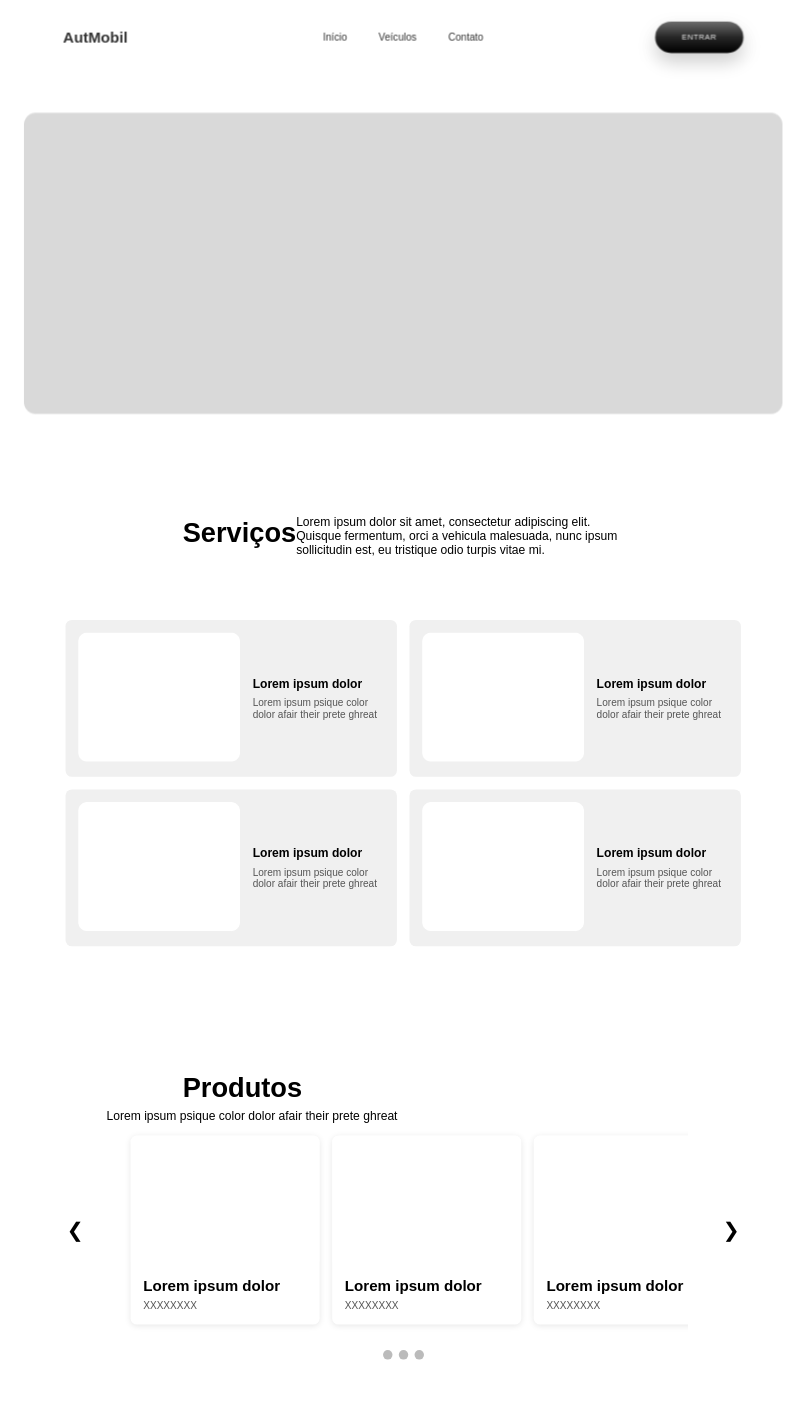
Repository: Matheus904-12/Reforma
Page: index.html
These files come from the project's save history. The page is drawn as it stood at one moment and after a run of saves; the edit follows.
The browser window is 1280 px wide. The pictures show the whole page, at 63% of full size.

Above is the page before, as saved 2024-08-01 19:33:51.

### index.html
<!DOCTYPE html>
<html lang="en">
<head>
    <meta charset="UTF-8">
    <meta name="viewport" content="width=device-width, initial-scale=1.0">
    <title>Automobil - Venda de Veículos</title>
    <link rel="stylesheet" href="styles.css">
</head>
<body>
    <header>
        <div class="navbar">
            <div class="logo">AutMobil</div>
            <nav class="nav-links">
                <a href="#home">Início</a>
                <a href="#veiculos">Veículos</a>
                <a href="#contato">Contato</a>
            </nav>
            <button class="btn">
                <span class="btn-text-one">Entrar</span>
                <span class="btn-text-two">Vamos Lá!</span>
            </button>
        </div>
    </header>
    <section class="hero">
        <img src="imagens/Rectangle 1.png" alt="Imagem de Veículos" class="hero-image">
    </section>
    <section class="servicos">
        <div class="servicos-header">
            <h2>Serviços</h2>
            <p class="description">Lorem ipsum dolor sit amet, consectetur adipiscing elit. Quisque fermentum, orci a vehicula malesuada, nunc ipsum sollicitudin est, eu tristique odio turpis vitae mi.</p>
        </div>
        <div class="cards-container">
            <div class="card">
                <div class="card-image"><img src="imagens/Rectangle 9.png" alt="Serviço 1"></div>
                <div class="card-content">
                    <h3>Lorem ipsum dolor</h3>
                    <p>Lorem ipsum psique color dolor afair their prete ghreat</p>
                </div>
            </div>
            <div class="card">
                <div class="card-image"><img src="imagens/Rectangle 9.png" alt="Serviço 2"></div>
                <div class="card-content">
                    <h3>Lorem ipsum dolor</h3>
                    <p>Lorem ipsum psique color dolor afair their prete ghreat</p>
                </div>
            </div>
            <div class="card">
                <div class="card-image"><img src="imagens/Rectangle 9.png" alt="Serviço 3"></div>
                <div class="card-content">
                    <h3>Lorem ipsum dolor</h3>
                    <p>Lorem ipsum psique color dolor afair their prete ghreat</p>
                </div>
            </div>
            <div class="card">
                <div class="card-image"><img src="imagens/Rectangle 9.png" alt="Serviço 4"></div>
                <div class="card-content">
                    <h3>Lorem ipsum dolor</h3>
                    <p>Lorem ipsum psique color dolor afair their prete ghreat</p>
                </div>
            </div>
        </div>
    </section>
    <section class="servicos">
        <div class="p-header">
            <h2>Produtos</h2>
            <p class="description2">Lorem ipsum psique color dolor afair their prete ghreat</p>
        </div>
        <div class="carrossel-container">
            <button class="carrossel-btn left-btn">&#10094;</button>
            <div class="carrossel">
                <div class="produto-card">
                    <div class="produto-image">
                        <img src="imagens/Rectangle 9.png" alt="Produto 1">
                    </div>
                    <div class="produto-content">
                        <h3>Lorem ipsum dolor</h3>
                        <p>XXXXXXXX</p>
                    </div>
                </div>
                <div class="produto-card">
                    <div class="produto-image">
                        <img src="imagens/Rectangle 9.png" alt="Produto 2">
                    </div>
                    <div class="produto-content">
                        <h3>Lorem ipsum dolor</h3>
                        <p>XXXXXXXX</p>
                    </div>
                </div>
                <div class="produto-card">
                    <div class="produto-image">
                        <img src="imagens/Rectangle 9.png" alt="Produto 3">
                    </div>
                    <div class="produto-content">
                        <h3>Lorem ipsum dolor</h3>
                        <p>XXXXXXXX</p>
                    </div>
                </div>
                <div class="produto-card">
                    <div class="produto-image">
                        <img src="imagens/Rectangle 9.png" alt="Produto 1">
                    </div>
                    <div class="produto-content">
                        <h3>Lorem ipsum dolor</h3>
                        <p>XXXXXXXX</p>
                    </div>
                </div>
                <div class="produto-card">
                    <div class="produto-image">
                        <img src="imagens/Rectangle 9.png" alt="Produto 2">
                    </div>
                    <div class="produto-content">
                        <h3>Lorem ipsum dolor</h3>
                        <p>XXXXXXXX</p>
                    </div>
                </div>
                <div class="produto-card">
                    <div class="produto-image">
                        <img src="imagens/Rectangle 9.png" alt="Produto 3">
                    </div>
                    <div class="produto-content">
                        <h3>Lorem ipsum dolor</h3>
                        <p>XXXXXXXX</p>
                    </div>
                </div>
                <div class="produto-card">
                    <div class="produto-image">
                        <img src="imagens/Rectangle 9.png" alt="Produto 1">
                    </div>
                    <div class="produto-content">
                        <h3>Lorem ipsum dolor</h3>
                        <p>XXXXXXXX</p>
                    </div>
                </div>
                <div class="produto-card">
                    <div class="produto-image">
                        <img src="imagens/Rectangle 9.png" alt="Produto 2">
                    </div>
                    <div class="produto-content">
                        <h3>Lorem ipsum dolor</h3>
                        <p>XXXXXXXX</p>
                    </div>
                </div>
                <div class="produto-card">
                    <div class="produto-image">
                        <img src="imagens/Rectangle 9.png" alt="Produto 3">
                    </div>
                    <div class="produto-content">
                        <h3>Lorem ipsum dolor</h3>
                        <p>XXXXXXXX</p>
                    </div>
                </div>
            </div>
            <button class="carrossel-btn right-btn">&#10095;</button>
        </div>
        <div class="indicator">
            <span class="dot"></span>
            <span class="dot"></span>
            <span class="dot"></span>
        </div>
    </section>
</body>
</html>

### styles.css
body {
    margin: 0;
    font-family: Arial, sans-serif;
}

header {
    position: relative;
    width: 100%;
}

.navbar {
    display: flex;
    justify-content: center;
    align-items: center;
    padding: 20px 50px;
    background: rgba(255, 255, 255, 0.5);
    border-radius: 25px;
    backdrop-filter: blur(10px);
    transition: all 0.3s ease-in-out;
    margin: 20px 50px;
    position: relative;
}

.navbar.scrolled {
    background: rgba(255, 255, 255, 0.8);
    backdrop-filter: blur(15px);
}

.logo {
    position: absolute;
    left: 50px;
    font-size: 1.5em;
    color: #333;
    font-weight: bold;
}

.nav-links {
    list-style: none;
    display: flex;
    gap: 20px;
}

.nav-links a {
    text-decoration: none;
    color: #333;
    padding: 10px 15px;
    border-radius: 15px;
    transition: background 0.3s, color 0.3s;
}

.nav-links a:hover {
    background: #333;
    color: #fff;
}

.btn {
    width: 140px;
    height: 50px;
    background: linear-gradient(to top, #000000, #272727, #6d6d6d);
    color: #fff;
    border-radius: 50px;
    border: none;
    outline: none;
    cursor: pointer;
    position: relative;
    box-shadow: 0 15px 30px rgba(0, 0, 0, 0.2);
    overflow: hidden;
    position: absolute;
    right: 50px;
    text-decoration: none; /* Para remover o sublinhado do link */
    display: flex;
    justify-content: center;
    align-items: center;
}

.btn span {
    font-size: 12px;
    text-transform: uppercase;
    letter-spacing: 1px;
    transition: top 0.5s;
}

.btn-text-one {
    position: absolute;
    width: 100%;
    top: 50%;
    left: 0;
    transform: translateY(-50%);
}

.btn-text-two {
    position: absolute;
    width: 100%;
    top: 150%;
    left: 0;
    transform: translateY(-50%);
}

.btn:hover .btn-text-one {
    top: -100%;
}

.btn:hover .btn-text-two {
    top: 50%;
}

.btn:active {
    transform: translateY(1px); /* Efeito de afundar ao clicar */
}

.hero {
    position: relative;
    width: 100%;
    height: 600px; /* Ajuste a altura conforme necessário */
    overflow: hidden;
    display: flex;
    justify-content: center;
    align-items: center;
}

.hero-image {
    width: 94%;
    height: auto;
    object-fit: cover;
}

.servicos {
    padding: 100px;
}

.servicos-header {
    display: flex;
    justify-content: space-between;
    align-items: center;
    margin-bottom: 100px;
}

.produtos-header {
    display: flex;
    justify-content: space-between;
    align-items: center;
    margin-bottom: 100px;
}

.servicos h2 {
    font-size: 2.7em;
    margin: 0 0 10px 0; /* Ajuste a margem inferior para aproximar do parágrafo */
    margin-left: 190px;
}

.description {
    font-size: 1.2em;
    max-width: 600px;
    margin: 0;
    margin-right: 190px;
}
.description2 {
    font-size: 1.2em;
    max-width: 600px;
    margin: 0;
    margin-right: 320px;
}

.cards-container {
    display: flex;
    flex-wrap: wrap;
    justify-content: center;
    gap: 20px;
}

.card {
    display: flex;
    align-items: center;
    background-color: #f0f0f0;
    padding: 20px;
    border-radius: 10px;
    width: 45%;
}

.card-image img {
    width: 257px;
    height: 205px;
    border-radius: 10px;
    margin-right: 20px;
}

.card-content {
    text-align: left;
}

.card-content h3 {
    margin: 0 0 10px 0;
    font-size: 1.2em;
}

.card-content p {
    margin: 0;
    color: #555;
}

.produtos {
    padding: 100px;
    background-color: #f9f9f9;
}

.produtos-header {
    display: flex;
    flex-direction: column;
    align-items: center;
    margin-bottom: 40px;
}

.produtos h2 {
    font-size: 2.5em;
    margin: 0 0 10px 0;
}

.description2 {
    font-size: 1.2em;
    max-width: 600px;
    text-align: center;
    margin: 0;
}

.carrossel-container {
    position: relative;
    display: flex;
    justify-content: center;
    align-items: center;
}

.carrossel {
    display: flex;
    overflow-x: auto;
    scroll-behavior: smooth;
    gap: 20px;
    padding: 20px;
    width: 80%;
}

.carrossel-btn {
    position: absolute;
    top: 50%;
    transform: translateY(-50%);
    font-size: 2em;
    background: none;
    border: none;
    cursor: pointer;
    z-index: 10;
}

.left-btn {
    left: 0;
}

.right-btn {
    right: 0;
}

.produto-card {
    flex: 0 0 300px;
    background-color: #fff;
    border-radius: 10px;
    box-shadow: 0 2px 10px rgba(0, 0, 0, 0.1);
    overflow: hidden;
}

.produto-image img {
    width: 100%;
    height: 200px;
    object-fit: cover;
}

.produto-content {
    padding: 20px;
}

.produto-content h3 {
    margin: 0 0 10px 0;
    font-size: 1.5em;
}

.produto-content p {
    margin: 0;
    color: #555;
}

.indicator {
    display: flex;
    justify-content: center;
    margin-top: 20px;
}

.dot {
    height: 15px;
    width: 15px;
    margin: 0 5px;
    background-color: #bbb;
    border-radius: 50%;
    display: inline-block;
    transition: background-color 0.6s ease;
}

.dot.active {
    background-color: #717171;
}

After the next 2 saves:
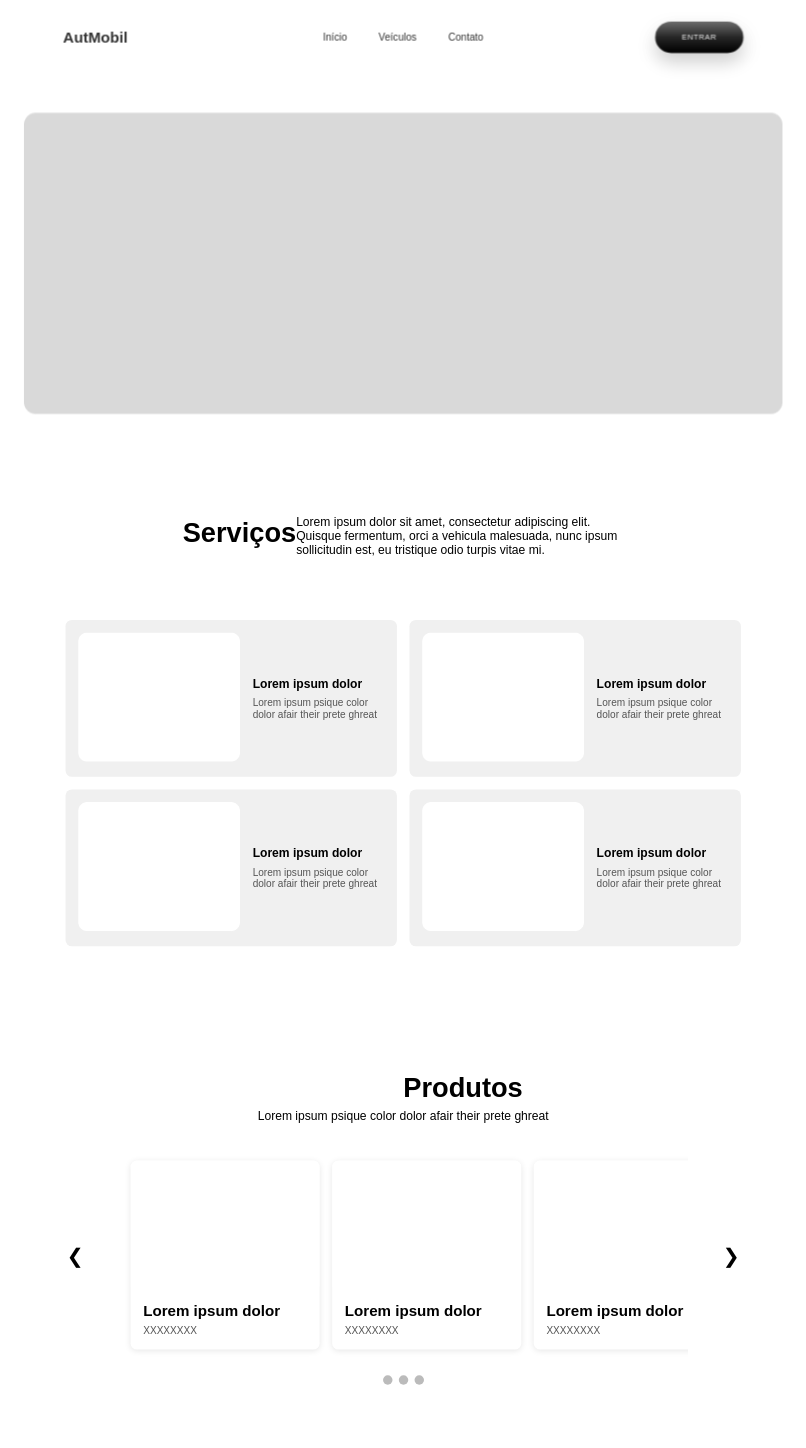
The 2 saves are shown as one change because they came seconds apart.
The last was saved 8 s later.
--- a/index.html
+++ b/index.html
@@ -61,7 +61,7 @@
         </div>
     </section>
     <section class="servicos">
-        <div class="p-header">
+        <div class="produtos-header">
             <h2>Produtos</h2>
             <p class="description2">Lorem ipsum psique color dolor afair their prete ghreat</p>
         </div>

After the 2 saves that followed:
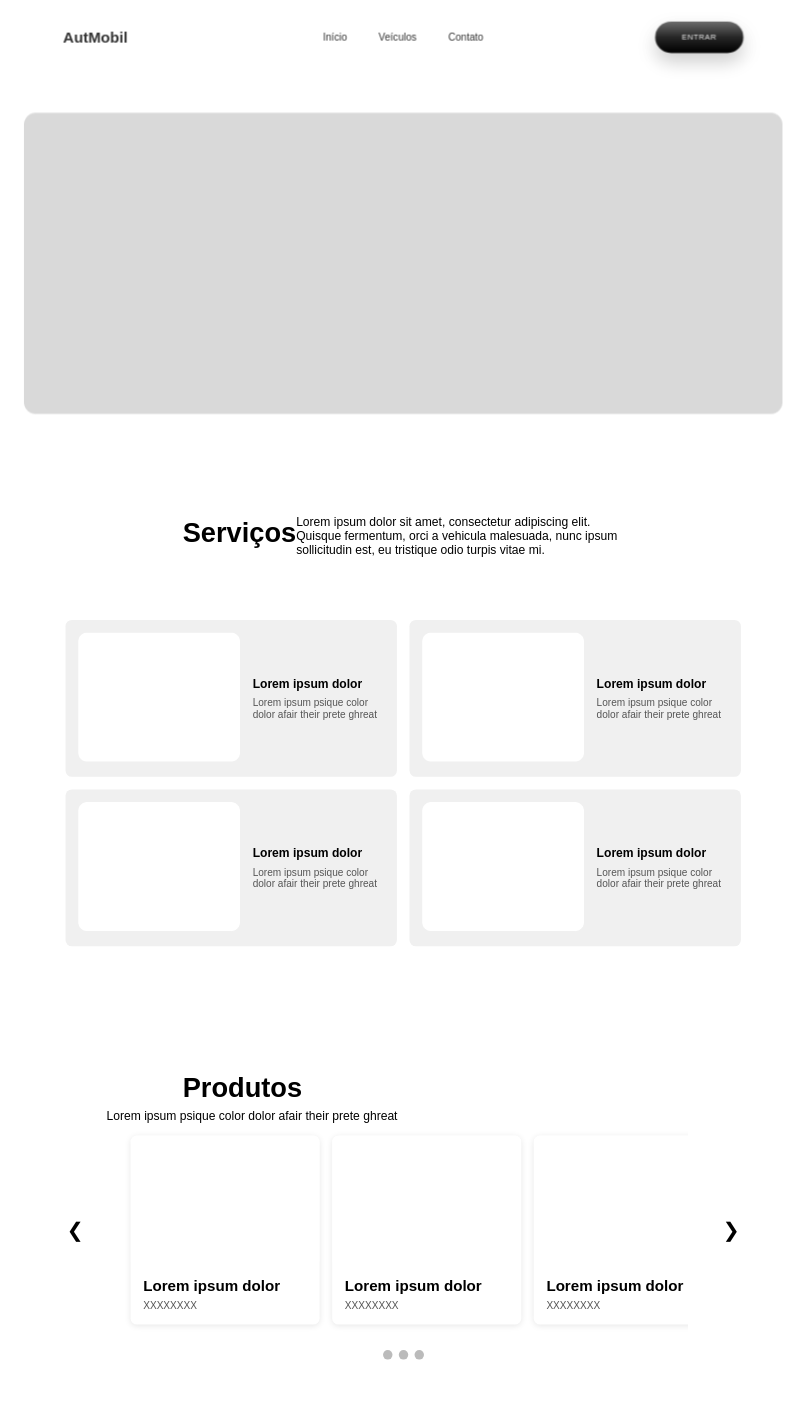
The 2 saves are shown as one change because they came seconds apart.
The last was saved 9 min 52 s later.
--- a/index.html
+++ b/index.html
@@ -61,7 +61,7 @@
         </div>
     </section>
     <section class="servicos">
-        <div class="produtos-header">
+        <div class="p-header">
             <h2>Produtos</h2>
             <p class="description2">Lorem ipsum psique color dolor afair their prete ghreat</p>
         </div>
